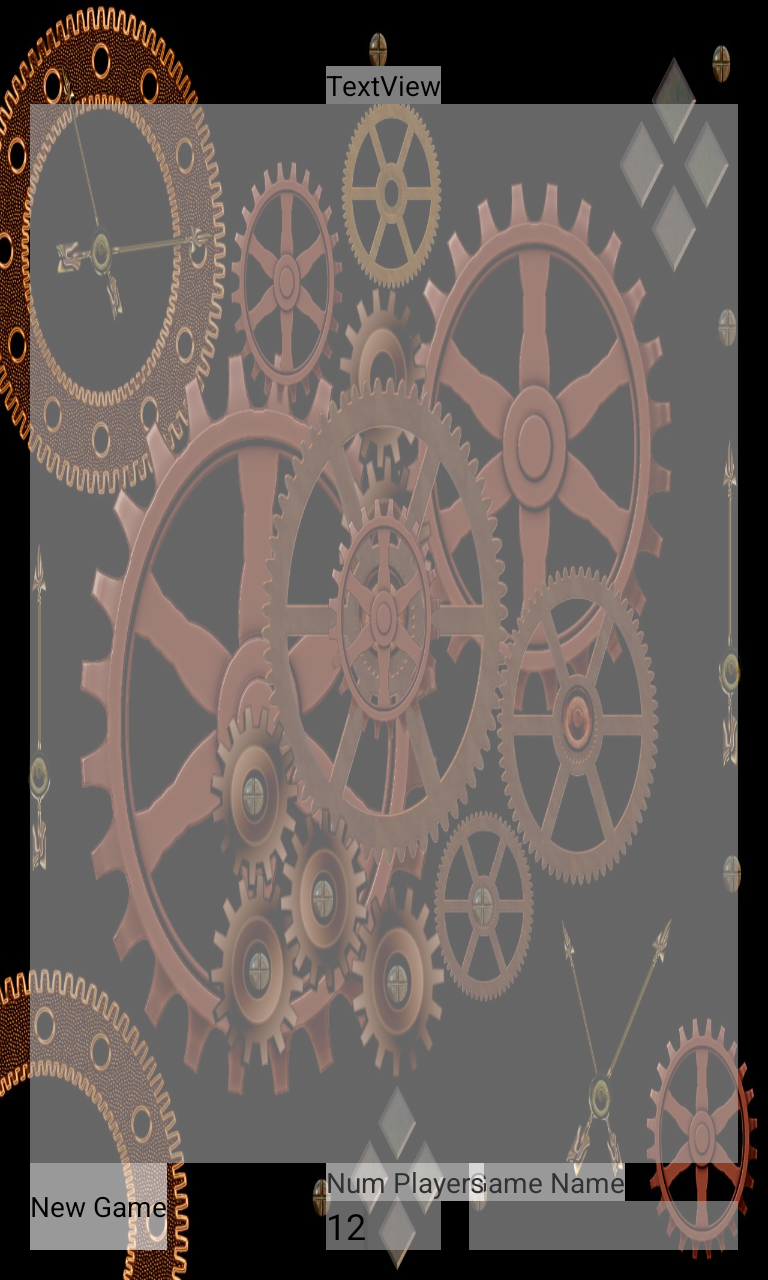
Repository: jkrepps/CSCE-482
Layout: Mobile Client (eclipse)/Industry of Deciet/res/layout/activity_game_selection.xml
These files come from the project's save history. The layout is drawn as it stood at one moment and after the next save; the edit follows.
Pictures or frames that could not be fetched are drawn as grey boxes. It is drawn on a 768 x 1280 px phone screen (xhdpi) without system bars, with theme AppTheme; the app's code is not run.

Above is the layout before, as saved 2014-12-04 04:53:38.

After the next save:
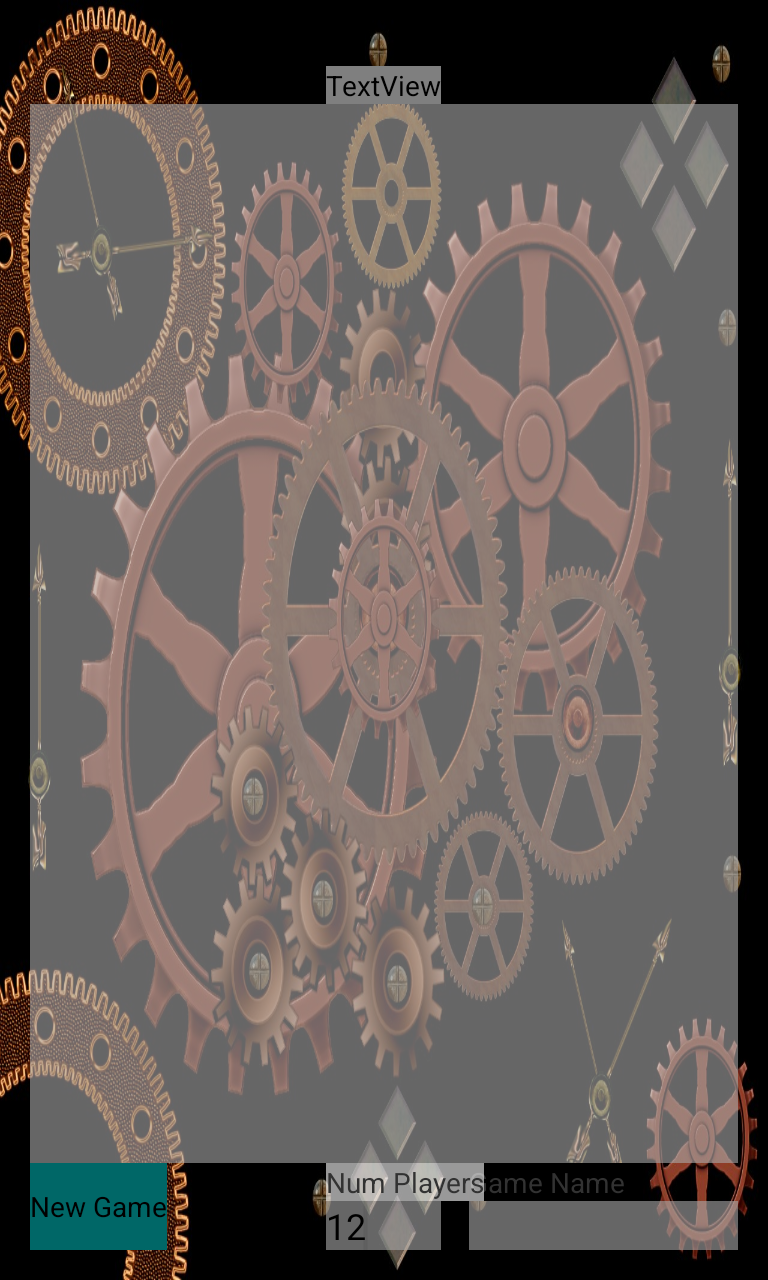
Saved 2 h 20 min later.
--- a/Mobile Client (eclipse)/Industry of Deciet/res/layout/activity_game_selection.xml
+++ b/Mobile Client (eclipse)/Industry of Deciet/res/layout/activity_game_selection.xml
@@ -39,7 +39,7 @@
             android:layout_height="wrap_content"
             android:layout_alignParentBottom="true"
             android:layout_alignTop="@+id/textView2"
-            android:background="#99FFFFFF"
+            android:background="#006767"
             android:text="New Game" />
 
         <EditText
@@ -70,7 +70,7 @@
 
         <TextView
             android:id="@+id/textView3"
-			android:background="#99FFFFFF"
+			android:background="#000000"
             android:layout_width="wrap_content"
             android:layout_height="wrap_content"
             android:layout_alignBottom="@+id/textView2"
